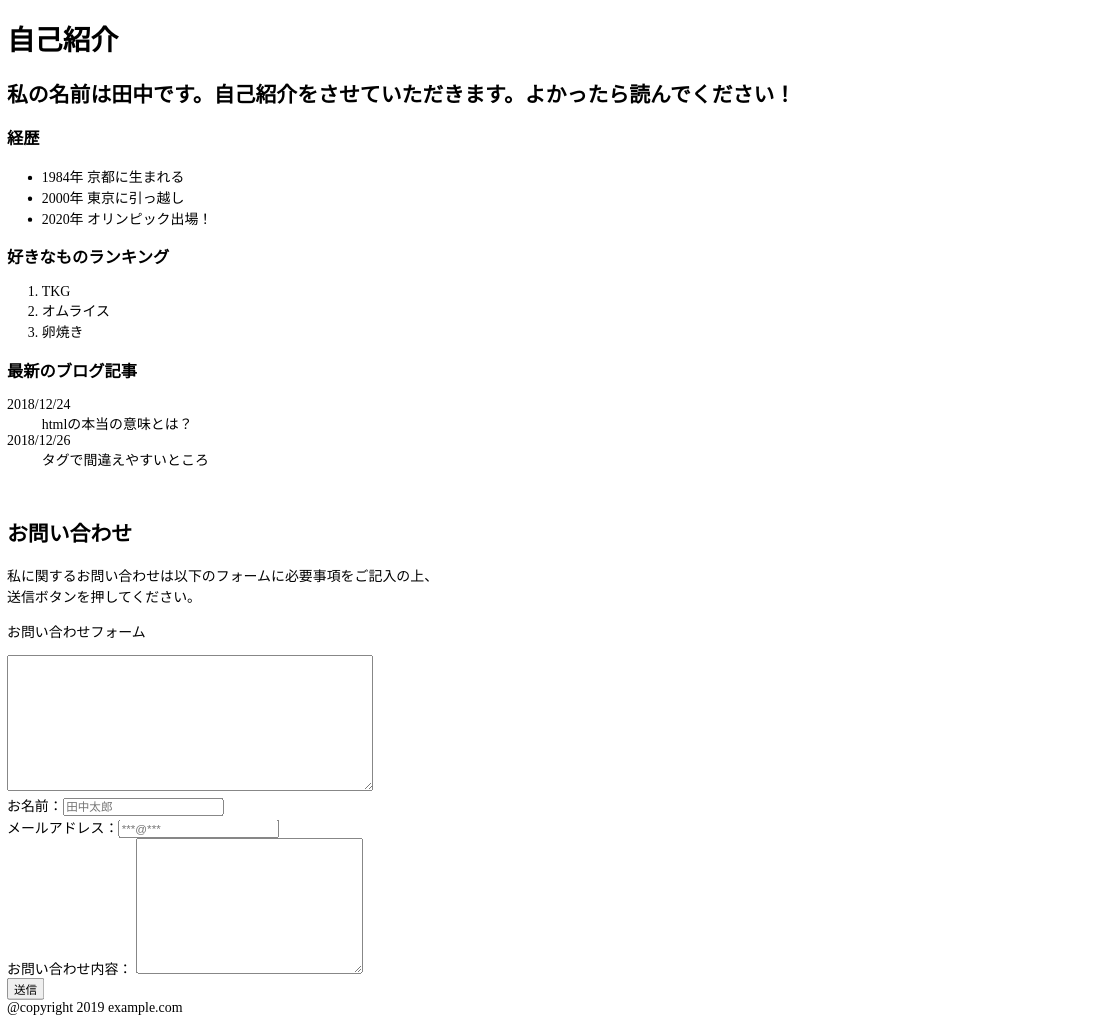
Repository: wairoku/suretigai1
Page: jack.html
An editor plug-in stored every save of this project. The page is shown before and after the next save, followed by the edit.
The browser window is 1280 px wide. The pictures show the whole page, at 87% of full size.

Above is the page before, as saved 2019-01-02 20:40:25.

After the next save:
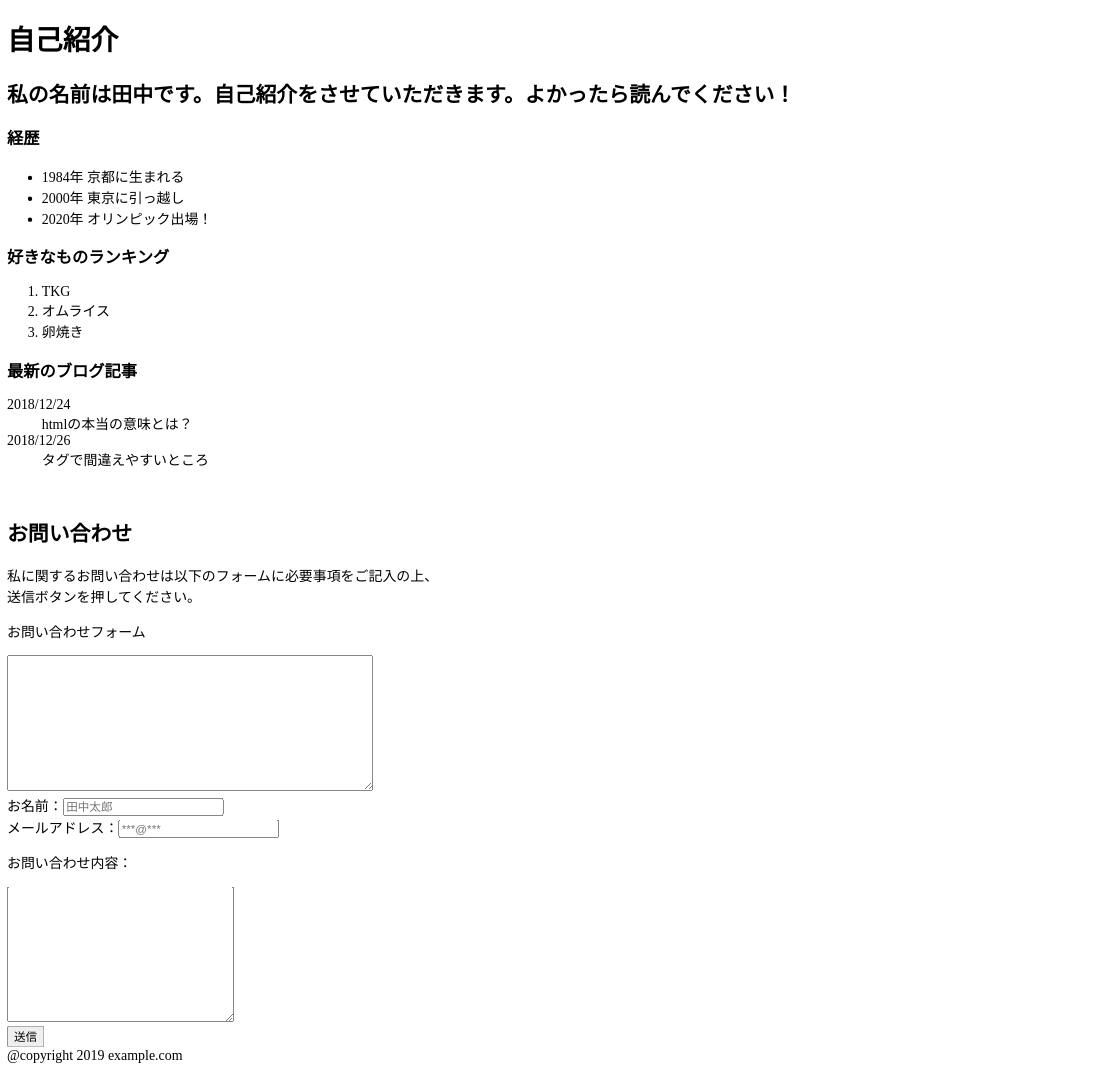
Saved 31 s later.
--- a/jack.html
+++ b/jack.html
@@ -56,7 +56,7 @@
 
 
 <div>
-    お問い合わせ内容：
+    <p>お問い合わせ内容：</p>
     <textarea name="" id="" cols="30" rows="10"></textarea>
 </div>
     <input type="button" value="送信">
